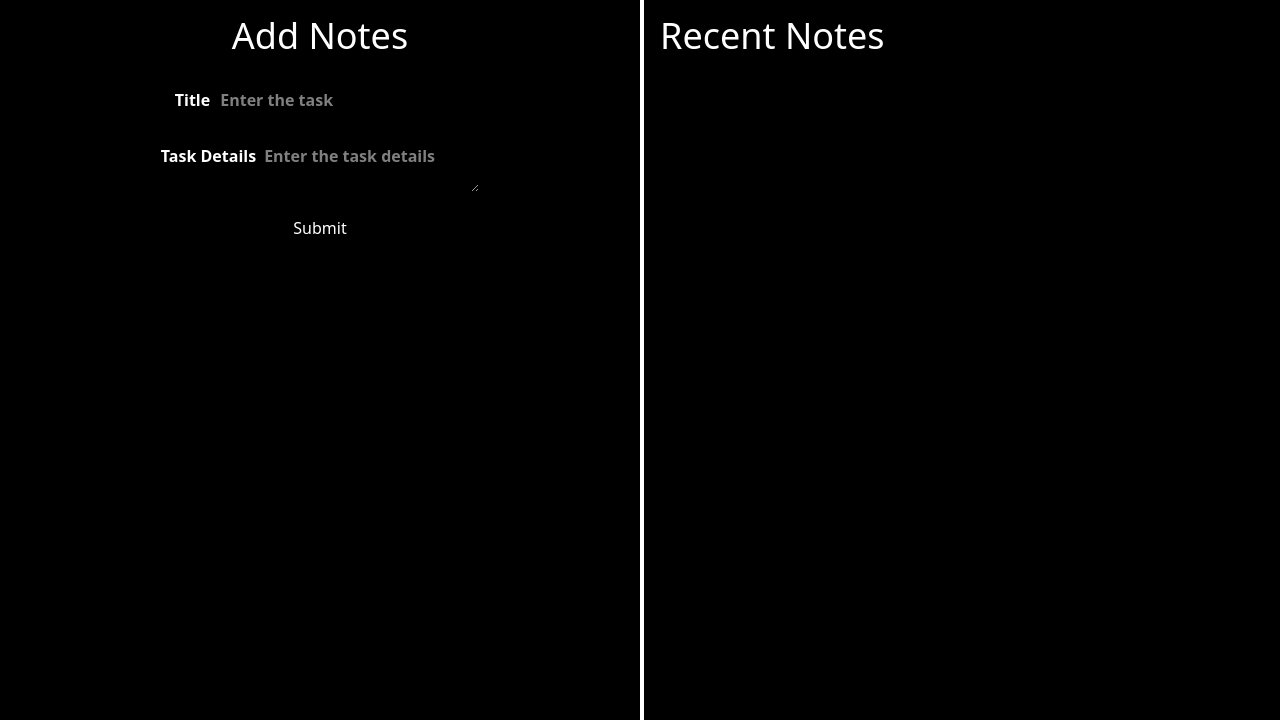
Repository: ajay-maurya-dev/notes
Page: /
These files come from the project's save history. The page is drawn as it stood at one moment and after the next save; the edit follows.
The browser window is 1280 px wide. The pictures show the whole page.
The project was rebuilt for these pictures with package versions that can differ from the ones it lists, and the page was loaded fresh each time. Also part of the build but not shown: vite.config.js.

Above is the page before, as saved 2026-09-26 08:09:54.

After the next save:
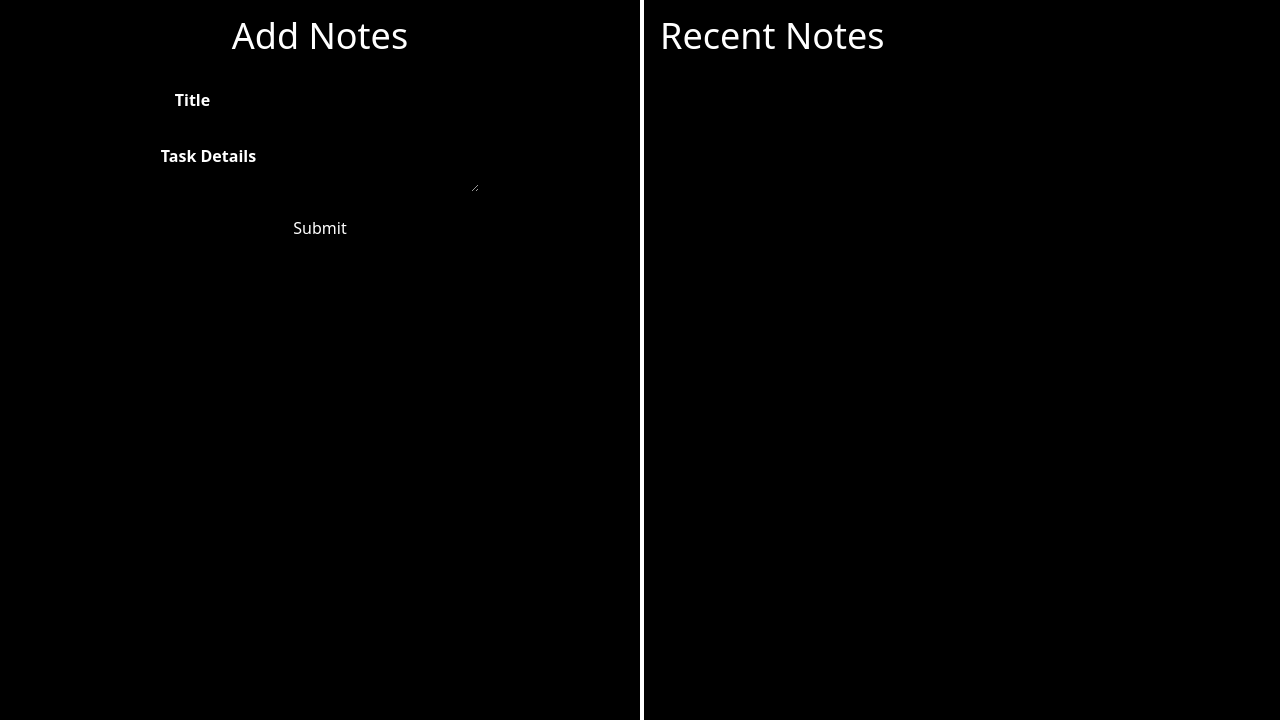
Saved 85 s later.
--- a/src/App.jsx
+++ b/src/App.jsx
@@ -1,79 +1,97 @@
 import { useState } from "react"
-import { X } from 'lucide-react';
-
+import { X } from "lucide-react"
 
 const App = () => {
-
   const [Title, setTitle] = useState("")
   const [Details, setDetails] = useState("")
   const [task, setTask] = useState([])
 
   const handleSubmit = (e) => {
     e.preventDefault()
-    const copyTask = [...task];
+
+    const copyTask = [...task]
     copyTask.push({ Title, Details })
 
     setTask(copyTask)
-
 
     setTitle("")
     setDetails("")
   }
 
-  const deleted = () => {
-    console.log("notes");
+  const deleted = (idx) => {
+    setTask(task.filter((_, index) => index !== idx))
   }
 
   return (
     <div className="flex h-screen bg-black text-white">
-      <form className="flex flex-col items-center gap-6 border-none w-1/2 h-full shadow-md/10 p-4 shadow-olive-100" onSubmit={(e) => {
-        handleSubmit(e)
-      }}>
+
+      {/* Form */}
+      <form
+        className="flex flex-col items-center gap-6 w-1/2 h-full p-4 shadow-md"
+        onSubmit={handleSubmit}
+      >
         <h1 className="text-4xl">Add Notes</h1>
-        <label className="flex gap-2.5 font-bold p-2 bg-transparent">
+
+        <label className="flex gap-2.5 font-bold p-2">
           Title
+
           <input
             type="text"
-            className="outline-none"
+            className="outline-none text-black"
             placeholder="Enter the task"
             value={Title}
-            onChange={(e) => {
-              setTitle(e.target.value)
-            }}
-            name=""
-            id="" />
+            onChange={(e) => setTitle(e.target.value)}
+          />
         </label>
+
         <label className="flex font-bold gap-2">
           Task Details
+
           <textarea
             placeholder="Enter the task details"
-            className="flex justify-center items-center outline-none"
-            type="text"
+            className="outline-none text-black"
             value={Details}
-            name=""
-            onChange={(e) => {
-              setDetails(e.target.value)
-            }}
-            id="" />
+            onChange={(e) => setDetails(e.target.value)}
+          />
         </label>
-        <button className="border-none hover:bg-cyan-300 rounded-4xl px-4 active:scale-95" type="submit">Submit</button>
+
+        <button
+          className="border-none hover:bg-cyan-300 rounded-4xl px-4 active:scale-95"
+          type="submit"
+        >
+          Submit
+        </button>
       </form>
+
+      {/* Notes */}
       <div className="flex flex-col h-full p-4 w-1/2 border-l-4 overflow-x-auto">
         <h1 className="text-4xl">Recent Notes</h1>
+
         <div className="flex flex-wrap gap-4">
-          {
-            task.map(function (elem,idx) {
-              return <div className="relative flex flex-col gap-4 mt-4 h-80 flex-wrap w-70 p-10 text-black rounded-4xl overflow-x-auto overflow-y-hidden bg-[url('https://imgs.search.brave.com/p2VirxELPDEsr8YbxT5bZGx7wpRhcGewhV7xBstKXW8/rs:fit:500:0:1:0/g:ce/aHR0cHM6Ly9pLnBp/bmltZy5jb20vb3Jp/Z2luYWxzL2VmL2Uw/L2ZmL2VmZTBmZmRi/NWI2OThlZTcxZWQx/MmM0ZTRiZTA2MWZi/LmpwZw')] bg-cover" key={idx}>
-              <h2 onClick={deleted} className="left-50 absolute cursor-pointer active:scale-0 top-3"><X /></h2>
-              <h1 className="text-2xl font-bold leading-tight">{elem.Title}</h1>
-              <p className="text-medium leading-relaxed w-full text-gray-500 ">{elem.Details}</p>
-              </div>
+          {task.map((elem, idx) => (
+            <div
+              className="relative flex flex-col gap-4 mt-4 h-80 w-70 p-10 text-black rounded-4xl overflow-hidden bg-yellow-200"
+              key={idx}
+            >
+              {/* Delete button */}
+              <button
+                type="button"
+                onClick={() => deleted(idx)}
+                className="absolute right-3 top-3 cursor-pointer hover:text-red-600 active:scale-90"
+              >
+                <X />
+              </button>
 
-            })
-          }
+              <h1 className="text-2xl font-bold leading-tight">
+                {elem.Title}
+              </h1>
 
+              <p className="text-medium leading-relaxed w-full text-gray-500">
+                {elem.Details}
+              </p>
+            </div>
+          ))}
         </div>
-
       </div>
     </div>
   )

After the save that followed:
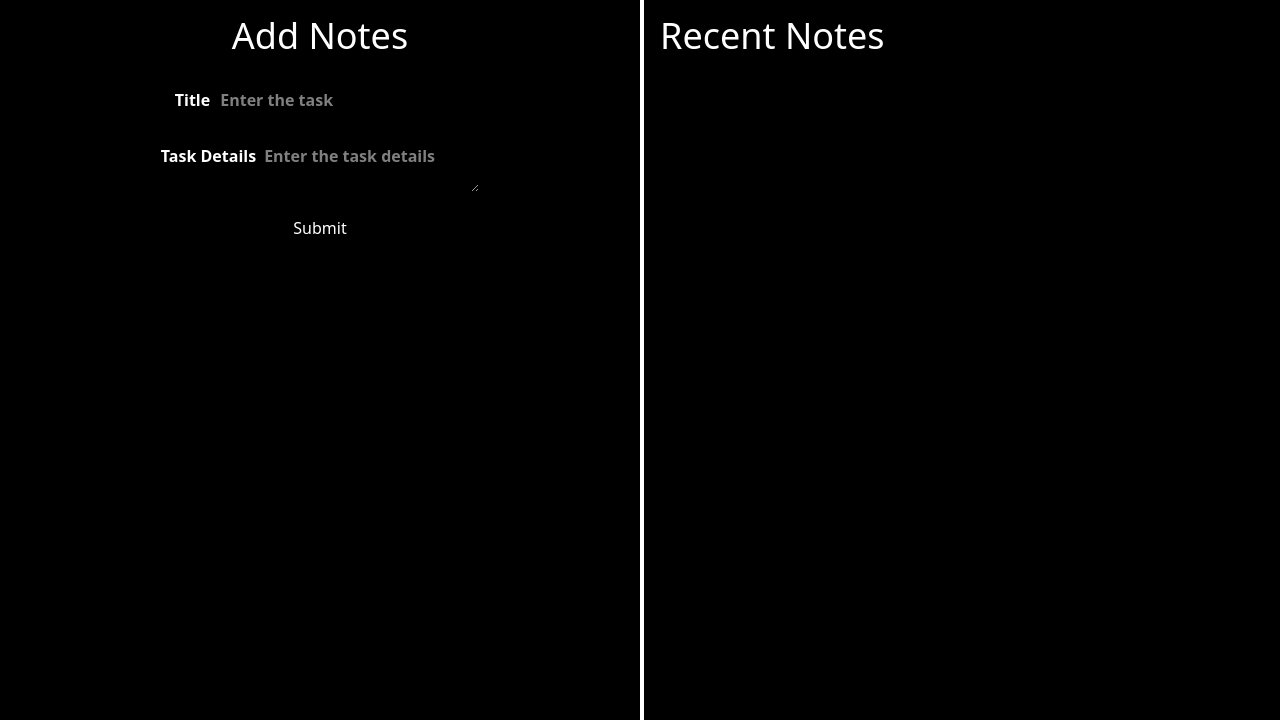
Saved 2 min 5 s later.
--- a/src/App.jsx
+++ b/src/App.jsx
@@ -1,97 +1,79 @@
 import { useState } from "react"
-import { X } from "lucide-react"
+import { X } from 'lucide-react';
+
 
 const App = () => {
+
   const [Title, setTitle] = useState("")
   const [Details, setDetails] = useState("")
   const [task, setTask] = useState([])
 
   const handleSubmit = (e) => {
     e.preventDefault()
-
-    const copyTask = [...task]
+    const copyTask = [...task];
     copyTask.push({ Title, Details })
 
     setTask(copyTask)
+
 
     setTitle("")
     setDetails("")
   }
 
-  const deleted = (idx) => {
-    setTask(task.filter((_, index) => index !== idx))
+  const deleted = () => {
+    console.log("notes");
   }
 
   return (
     <div className="flex h-screen bg-black text-white">
-
-      {/* Form */}
-      <form
-        className="flex flex-col items-center gap-6 w-1/2 h-full p-4 shadow-md"
-        onSubmit={handleSubmit}
-      >
+      <form className="flex flex-col items-center gap-6 border-none w-1/2 h-full shadow-md/10 p-4 shadow-olive-100" onSubmit={(e) => {
+        handleSubmit(e)
+      }}>
         <h1 className="text-4xl">Add Notes</h1>
-
-        <label className="flex gap-2.5 font-bold p-2">
+        <label className="flex gap-2.5 font-bold p-2 bg-transparent">
           Title
-
           <input
             type="text"
-            className="outline-none text-black"
+            className="outline-none"
             placeholder="Enter the task"
             value={Title}
-            onChange={(e) => setTitle(e.target.value)}
-          />
+            onChange={(e) => {
+              setTitle(e.target.value)
+            }}
+            name=""
+            id="" />
         </label>
-
         <label className="flex font-bold gap-2">
           Task Details
-
           <textarea
             placeholder="Enter the task details"
-            className="outline-none text-black"
+            className="flex justify-center items-center outline-none"
+            type="text"
             value={Details}
-            onChange={(e) => setDetails(e.target.value)}
-          />
+            name=""
+            onChange={(e) => {
+              setDetails(e.target.value)
+            }}
+            id="" />
         </label>
-
-        <button
-          className="border-none hover:bg-cyan-300 rounded-4xl px-4 active:scale-95"
-          type="submit"
-        >
-          Submit
-        </button>
+        <button className="border-none hover:bg-cyan-300 rounded-4xl px-4 active:scale-95" type="submit">Submit</button>
       </form>
-
-      {/* Notes */}
       <div className="flex flex-col h-full p-4 w-1/2 border-l-4 overflow-x-auto">
         <h1 className="text-4xl">Recent Notes</h1>
+        <div className="flex flex-wrap gap-4">
+          {
+            task.map(function (elem,idx) {
+              return <div className="relative flex flex-col gap-4 mt-4 h-80 flex-wrap w-70 p-10 text-black rounded-4xl overflow-x-auto overflow-y-hidden bg-[url('https://imgs.search.brave.com/p2VirxELPDEsr8YbxT5bZGx7wpRhcGewhV7xBstKXW8/rs:fit:500:0:1:0/g:ce/aHR0cHM6Ly9pLnBp/bmltZy5jb20vb3Jp/Z2luYWxzL2VmL2Uw/L2ZmL2VmZTBmZmRi/NWI2OThlZTcxZWQx/MmM0ZTRiZTA2MWZi/LmpwZw')] bg-cover" key={idx}>
+              <h2 onClick={deleted} className="left-50 absolute cursor-pointer active:scale-0 top-3"><X /></h2>
+              <h1 className="text-2xl font-bold leading-tight">{elem.Title}</h1>
+              <p className="text-medium leading-relaxed w-full text-gray-500 ">{elem.Details}</p>
+              </div>
 
-        <div className="flex flex-wrap gap-4">
-          {task.map((elem, idx) => (
-            <div
-              className="relative flex flex-col gap-4 mt-4 h-80 w-70 p-10 text-black rounded-4xl overflow-hidden bg-yellow-200"
-              key={idx}
-            >
-              {/* Delete button */}
-              <button
-                type="button"
-                onClick={() => deleted(idx)}
-                className="absolute right-3 top-3 cursor-pointer hover:text-red-600 active:scale-90"
-              >
-                <X />
-              </button>
+            })
+          }
 
-              <h1 className="text-2xl font-bold leading-tight">
-                {elem.Title}
-              </h1>
+        </div>
 
-              <p className="text-medium leading-relaxed w-full text-gray-500">
-                {elem.Details}
-              </p>
-            </div>
-          ))}
-        </div>
       </div>
     </div>
   )
